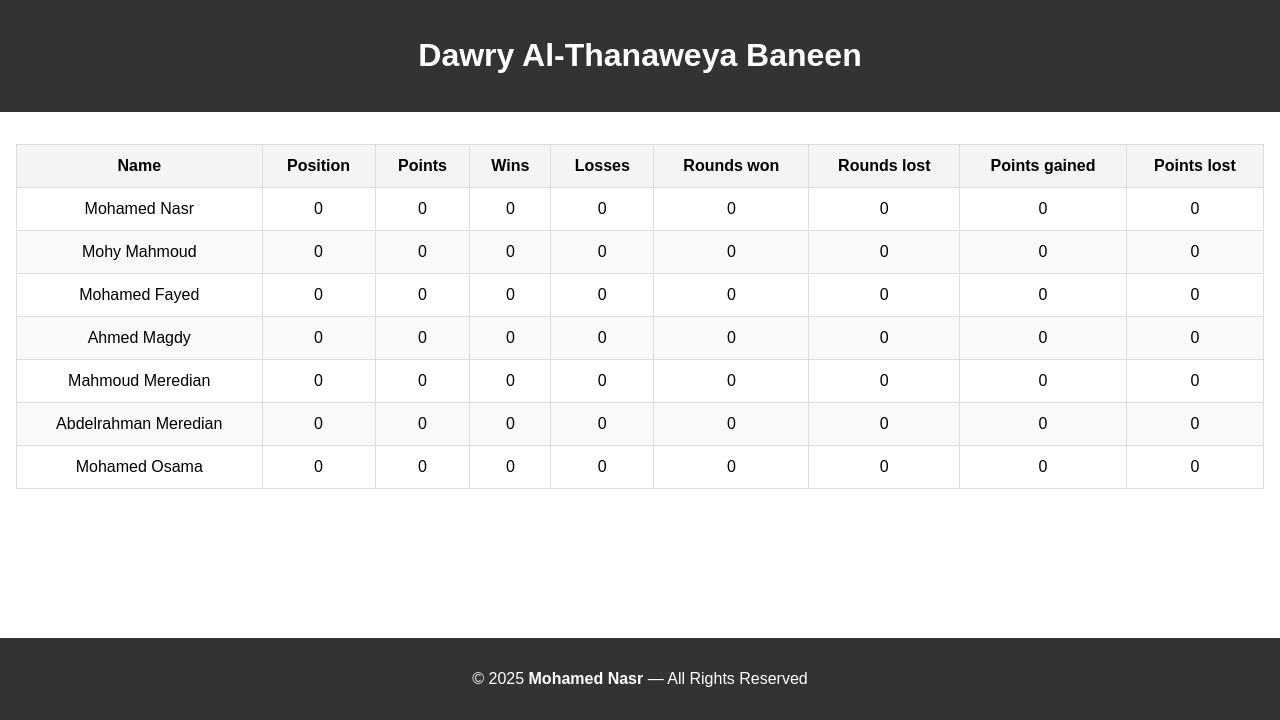
Repository: MohamedNasr95/Dawry-Al-Thanaweya-Baneen
Page: Index.html
These files come from the project's save history. The page is drawn as it stood at one moment and after a run of saves; the edit follows.
The browser window is 1280 px wide. The pictures show the whole page.

Above is the page before, as saved 2025-09-07 23:50:59.

### Index.html
<!DOCTYPE html>
<html lang="en">
<head>
  <meta charset="UTF-8" />
  <meta name="viewport" content="width=device-width, initial-scale=1.0" />
  <title>Dawry Al-Thanaweya Baneen</title>
  <link rel="stylesheet" href="style.css">
</head>
<body>
  <header>
    <h1>Dawry Al-Thanaweya Baneen</h1>
  </header>
  <main>
    <table>
      <thead>
        <tr>
          <th>Name</th>
          <th>Position</th>
          <th>Points</th>
          <th>Wins</th>
          <th>Losses</th>
          <th>Rounds won</th>
          <th>Rounds lost</th>
          <th>Points gained</th>
          <th>Points lost</th>
        </tr>
      </thead>
      <tbody id="tbody">

         <!-- Add more rows here -->

      </tbody>
    </table>
  </main>
  <footer>
    <p>&copy; 2025 <strong>Mohamed Nasr</strong> — All Rights Reserved</p>
  </footer>

  <script src="script.js"></script>
</body>
</html>

### style.css
body {
    font-family: Arial, sans-serif;
    margin: 0;
    padding: 0;
    display: flex;
    min-height: 100vh;
    flex-direction: column;
}
header, footer {
    background-color: #333;
    color: #fff;
    padding: 1rem;
    text-align: center;
}
main {
    flex: 1;
    padding: 1rem;
}
table {
    width: 100%;
    border-collapse: collapse;
    margin: 1rem 0;
}
th, td {
    border: 1px solid #ddd;
    padding: 0.75rem;
    text-align: center;
}
th {
    background-color: #f4f4f4;
}
tr:nth-child(even) {
    background-color: #f9f9f9;
}
tr:hover {
    background-color: #e0e0e0;
}

### script.js
table = document.getElementById("tbody")
// console.log(table)
// name = "Mustafa";
players = [{ID: 1, name: "Mohamed Nasr", position: 0, points: 0, win: 0, loss: 0, rWin: 0, rLost: 0, pGained: 0, pLost:0},
    {ID: 2, name: "Mohy Mahmoud", position: 0, points: 0, win: 0, loss: 0, rWin: 0, rLost: 0, pGained: 0, pLost:0},
    {ID: 3, name: "Mohamed Fayed", position: 0, points: 0, win: 0, loss: 0, rWin: 0, rLost: 0, pGained: 0, pLost:0},
    {ID: 4, name: "Ahmed Magdy", position: 0, points: 0, win: 0, loss: 0, rWin: 0, rLost: 0, pGained: 0, pLost:0},
    {ID: 5, name: "Mahmoud Meredian", position: 0, points: 0, win: 0, loss: 0, rWin: 0, rLost: 0, pGained: 0, pLost:0},
    {ID: 6, name: "Abdelrahman Meredian", position: 0, points: 0, win: 0, loss: 0, rWin: 0, rLost: 0, pGained: 0, pLost:0},
    {ID: 7, name: "Mohamed Osama", position: 0, points: 0, win: 0, loss: 0, rWin: 0, rLost: 0, pGained: 0, pLost:0},
]

for( tVar = 0 ; tVar < players.length ; tVar++ )
{
    table.innerHTML +=
    `
        <tr>
            <td>${players[tVar].name}</td>
            <td>${players[tVar].position}</td>
            <td>${players[tVar].points}</td>
            <td>${players[tVar].win}</td>
            <td>${players[tVar].loss}</td>
            <td>${players[tVar].rWin}</td>
            <td>${players[tVar].rLost}</td>
            <td>${players[tVar].pGained}</td>
            <td>${players[tVar].pLost}</td>
        </tr>
    `
}

After the next 2 saves:
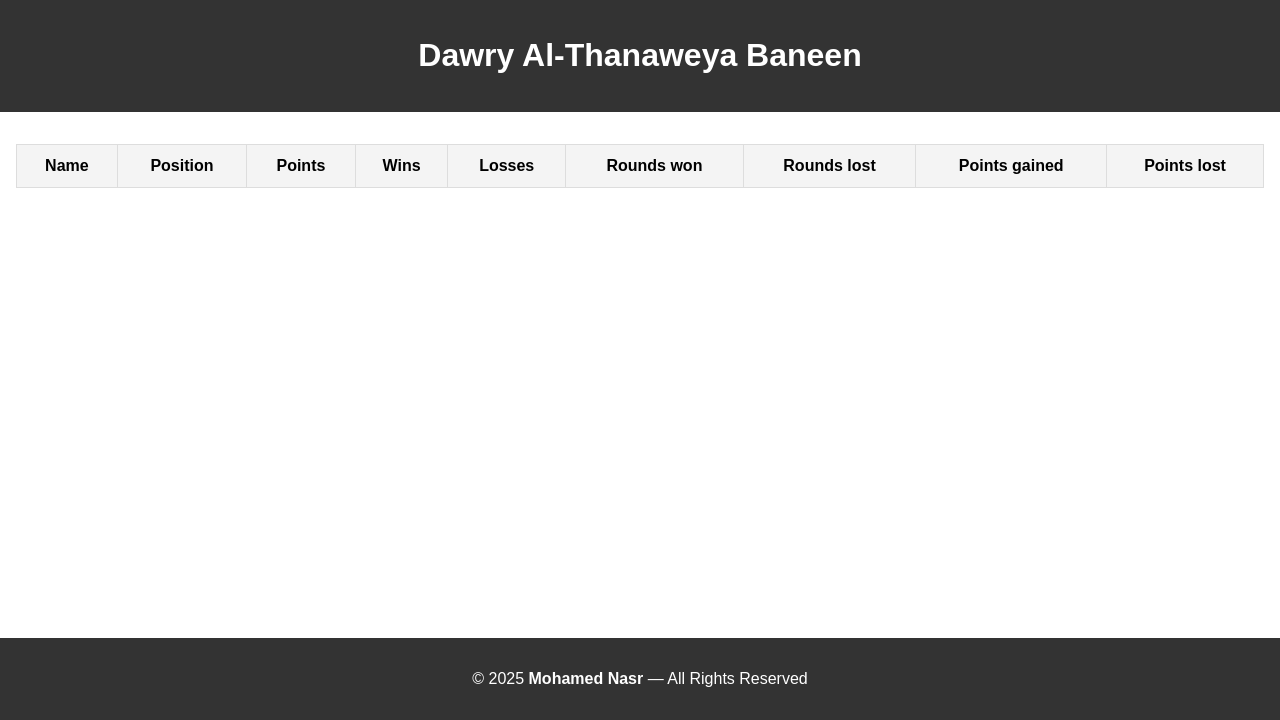
The 2 saves are shown as one change because they came seconds apart.
The last was saved 17 min 56 s later.
--- a/script.js
+++ b/script.js
@@ -10,20 +10,22 @@ players = [{ID: 1, name: "Mohamed Nasr", position: 0, points: 0, win: 0, loss: 0
     {ID: 7, name: "Mohamed Osama", position: 0, points: 0, win: 0, loss: 0, rWin: 0, rLost: 0, pGained: 0, pLost:0},
 ]
 
-for( tVar = 0 ; tVar < players.length ; tVar++ )
-{
-    table.innerHTML +=
-    `
-        <tr>
-            <td>${players[tVar].name}</td>
-            <td>${players[tVar].position}</td>
-            <td>${players[tVar].points}</td>
-            <td>${players[tVar].win}</td>
-            <td>${players[tVar].loss}</td>
-            <td>${players[tVar].rWin}</td>
-            <td>${players[tVar].rLost}</td>
-            <td>${players[tVar].pGained}</td>
-            <td>${players[tVar].pLost}</td>
-        </tr>
-    `
-}
+
+
+// for( tVar = 0 ; tVar < players.length ; tVar++ )
+// {
+//     table.innerHTML +=
+//     `
+//         <tr>
+//             <td>${players[tVar].name}</td>
+//             <td>${players[tVar].position}</td>
+//             <td>${players[tVar].points}</td>
+//             <td>${players[tVar].win}</td>
+//             <td>${players[tVar].loss}</td>
+//             <td>${players[tVar].rWin}</td>
+//             <td>${players[tVar].rLost}</td>
+//             <td>${players[tVar].pGained}</td>
+//             <td>${players[tVar].pLost}</td>
+//         </tr>
+//     `
+// }
